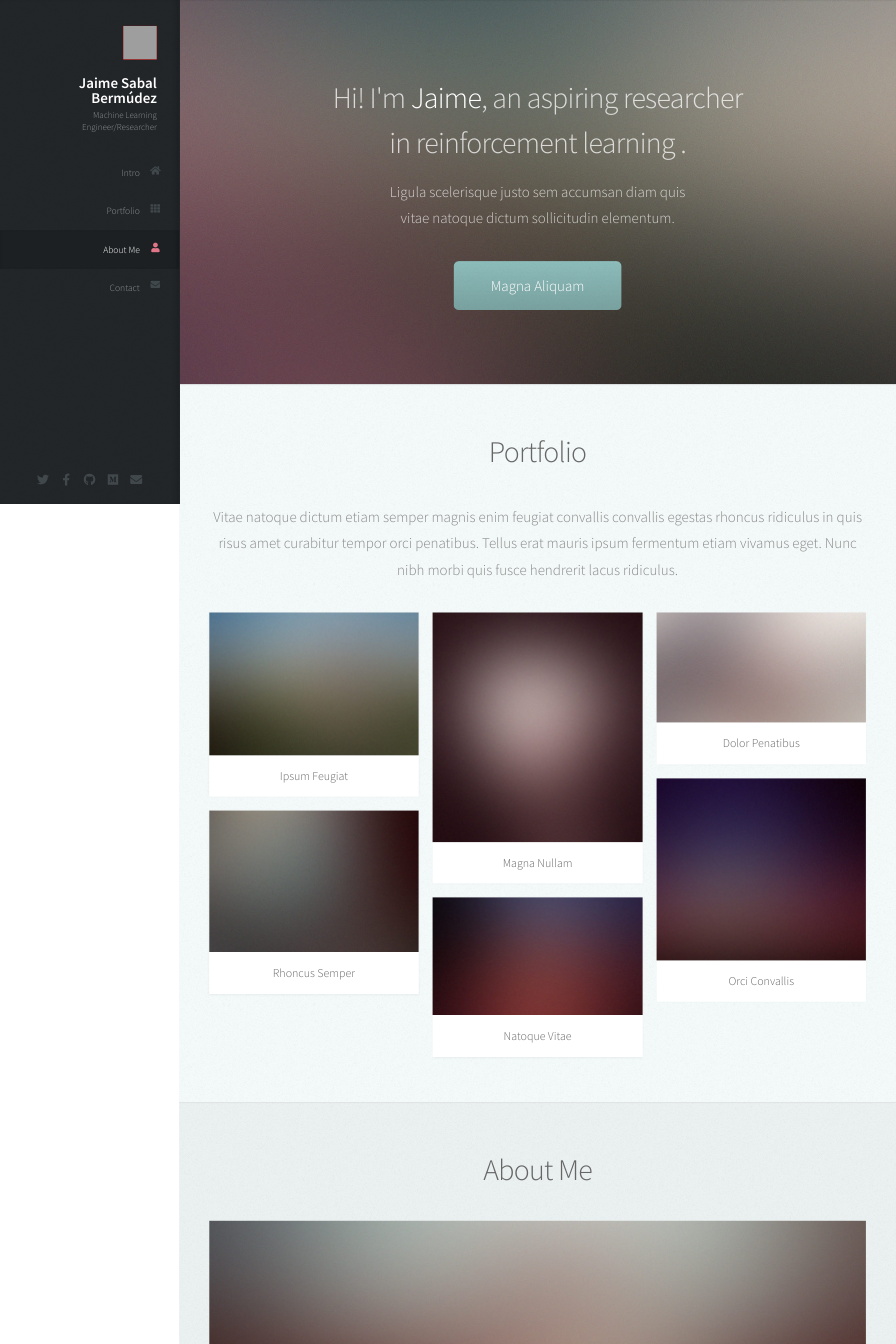
Repository: jaimesabalimperial/jaimesabalimperial.github.io
Page: index.html
The author's editor kept a copy of each file at every save. The page is drawn from the files as they stood at one save, then again after a run of saves.
The browser window is 1280 px wide. The pictures show the part of the page from y = 0 to 1920 px (the page is 3341 px tall), at 70% of full size.
Pictures or frames that could not be fetched are drawn as grey boxes.

Above is the page before, as saved 2022-10-04 11:31:49.

### index.html
<!DOCTYPE HTML>
<!--
	Prologue by HTML5 UP
	html5up.net | @ajlkn
	Free for personal and commercial use under the CCA 3.0 license (html5up.net/license)
-->
<html>
	<head>
		<title>Prologue by HTML5 UP</title>
		<meta charset="utf-8" />
		<meta name="viewport" content="width=device-width, initial-scale=1, user-scalable=no" />
		<link rel="stylesheet" href="assets/css/main.css" />
	</head>
	<body class="is-preload">

		<!-- Header -->
			<div id="header">

				<div class="top">

					<!-- Logo -->
						<div id="logo">
							<span class="image avatar48"><img src="images/profile2.jpeg" alt="" /></span>
							<h1 id="title">Jaime Sabal Bermúdez</h1>
							<p>Machine Learning Engineer/Researcher</p>
						</div>

					<!-- Nav -->
						<nav id="nav">
							<ul>
								<li><a href="#top" id="top-link"><span class="icon solid fa-home">Intro</span></a></li>
								<li><a href="#portfolio" id="portfolio-link"><span class="icon solid fa-th">Portfolio</span></a></li>
								<li><a href="#about" id="about-link"><span class="icon solid fa-user">About Me</span></a></li>
								<li><a href="#contact" id="contact-link"><span class="icon solid fa-envelope">Contact</span></a></li>
							</ul>
						</nav>

				</div>

				<div class="bottom">

					<!-- Social Icons -->
						<ul class="icons">
							<li><a href="#" class="icon brands fa-twitter"><span class="label">Twitter</span></a></li>
							<li><a href="#" class="icon brands fa-facebook-f"><span class="label">Facebook</span></a></li>
							<li><a href="https://github.com/jaimesabalimperial" class="icon brands fa-github"><span class="label">Github</span></a></li>
							<li><a href="https://medium.com/@jsabalb" class="icon brands fa-medium"><span class="label">Medium</span></a></li>
							<li><a href="mailto: jsabalb@gmail.com" class="icon solid fa-envelope"><span class="label">Email</span></a></li>
						</ul>

				</div>

			</div>

		<!-- Main -->
			<div id="main">

				<!-- Intro -->
					<section id="top" class="one dark cover">
						<div class="container">

							<header>
								<h2 class="alt">Hi! I'm <strong>Jaime</strong>, an aspiring researcher <br />
								in reinforcement learning </a>.</h2>
								<p>Ligula scelerisque justo sem accumsan diam quis<br />
								vitae natoque dictum sollicitudin elementum.</p>
							</header>

							<footer>
								<a href="#portfolio" class="button scrolly">Magna Aliquam</a>
							</footer>

						</div>
					</section>

				<!-- Portfolio -->
					<section id="portfolio" class="two">
						<div class="container">

							<header>
								<h2>Portfolio</h2>
							</header>

							<p>Vitae natoque dictum etiam semper magnis enim feugiat convallis convallis
							egestas rhoncus ridiculus in quis risus amet curabitur tempor orci penatibus.
							Tellus erat mauris ipsum fermentum etiam vivamus eget. Nunc nibh morbi quis
							fusce hendrerit lacus ridiculus.</p>

							<div class="row">
								<div class="col-4 col-12-mobile">
									<article class="item">
										<a href="#" class="image fit"><img src="images/pic02.jpg" alt="" /></a>
										<header>
											<h3>Ipsum Feugiat</h3>
										</header>
									</article>
									<article class="item">
										<a href="#" class="image fit"><img src="images/pic03.jpg" alt="" /></a>
										<header>
											<h3>Rhoncus Semper</h3>
										</header>
									</article>
								</div>
								<div class="col-4 col-12-mobile">
									<article class="item">
										<a href="#" class="image fit"><img src="images/pic04.jpg" alt="" /></a>
										<header>
											<h3>Magna Nullam</h3>
										</header>
									</article>
									<article class="item">
										<a href="#" class="image fit"><img src="images/pic05.jpg" alt="" /></a>
										<header>
											<h3>Natoque Vitae</h3>
										</header>
									</article>
								</div>
								<div class="col-4 col-12-mobile">
									<article class="item">
										<a href="#" class="image fit"><img src="images/pic06.jpg" alt="" /></a>
										<header>
											<h3>Dolor Penatibus</h3>
										</header>
									</article>
									<article class="item">
										<a href="#" class="image fit"><img src="images/pic07.jpg" alt="" /></a>
										<header>
											<h3>Orci Convallis</h3>
										</header>
									</article>
								</div>
							</div>

						</div>
					</section>

				<!-- About Me -->
					<section id="about" class="three">
						<div class="container">

							<header>
								<h2>About Me</h2>
							</header>

							<a href="#" class="image featured"><img src="images/pic08.jpg" alt="" /></a>

							<p>Tincidunt eu elit diam magnis pretium accumsan etiam id urna. Ridiculus
							ultricies curae quis et rhoncus velit. Lobortis elementum aliquet nec vitae
							laoreet eget cubilia quam non etiam odio tincidunt montes. Elementum sem
							parturient nulla quam placerat viverra mauris non cum elit tempus ullamcorper
							dolor. Libero rutrum ut lacinia donec curae mus vel quisque sociis nec
							ornare iaculis.</p>

						</div>
					</section>

				<!-- Contact -->
					<section id="contact" class="four">
						<div class="container">

							<header>
								<h2>Contact</h2>
							</header>

							<p>Elementum sem parturient nulla quam placerat viverra
							mauris non cum elit tempus ullamcorper dolor. Libero rutrum ut lacinia
							donec curae mus. Eleifend id porttitor ac ultricies lobortis sem nunc
							orci ridiculus faucibus a consectetur. Porttitor curae mauris urna mi dolor.</p>

							<form method="post" action="#">
								<div class="row">
									<div class="col-6 col-12-mobile"><input type="text" name="name" placeholder="Name" /></div>
									<div class="col-6 col-12-mobile"><input type="text" name="email" placeholder="Email" /></div>
									<div class="col-12">
										<textarea name="message" placeholder="Message"></textarea>
									</div>
									<div class="col-12">
										<input type="submit" value="Send Message" />
									</div>
								</div>
							</form>

						</div>
					</section>

			</div>

		<!-- Footer -->
			<div id="footer">

				<!-- Copyright -->
					<ul class="copyright">
						<li>&copy; Untitled. All rights reserved.</li><li>Design: <a href="http://html5up.net">HTML5 UP</a></li>
					</ul>

			</div>

		<!-- Scripts -->
			<script src="assets/js/jquery.min.js"></script>
			<script src="assets/js/jquery.scrolly.min.js"></script>
			<script src="assets/js/jquery.scrollex.min.js"></script>
			<script src="assets/js/browser.min.js"></script>
			<script src="assets/js/breakpoints.min.js"></script>
			<script src="assets/js/util.js"></script>
			<script src="assets/js/main.js"></script>

	</body>
</html>

Loaded but not shown: assets/css/fontawesome-all.min.css (library); assets/js/jquery.min.js (library); assets/js/jquery.scrolly.min.js (common file); assets/js/jquery.scrollex.min.js (common file); assets/js/browser.min.js (common file); assets/js/breakpoints.min.js (common file); assets/js/util.js (587 lines, source omitted); assets/js/main.js (123 lines, source omitted); assets/css/main.css (2633 lines, source omitted)

After the next 2 saves:
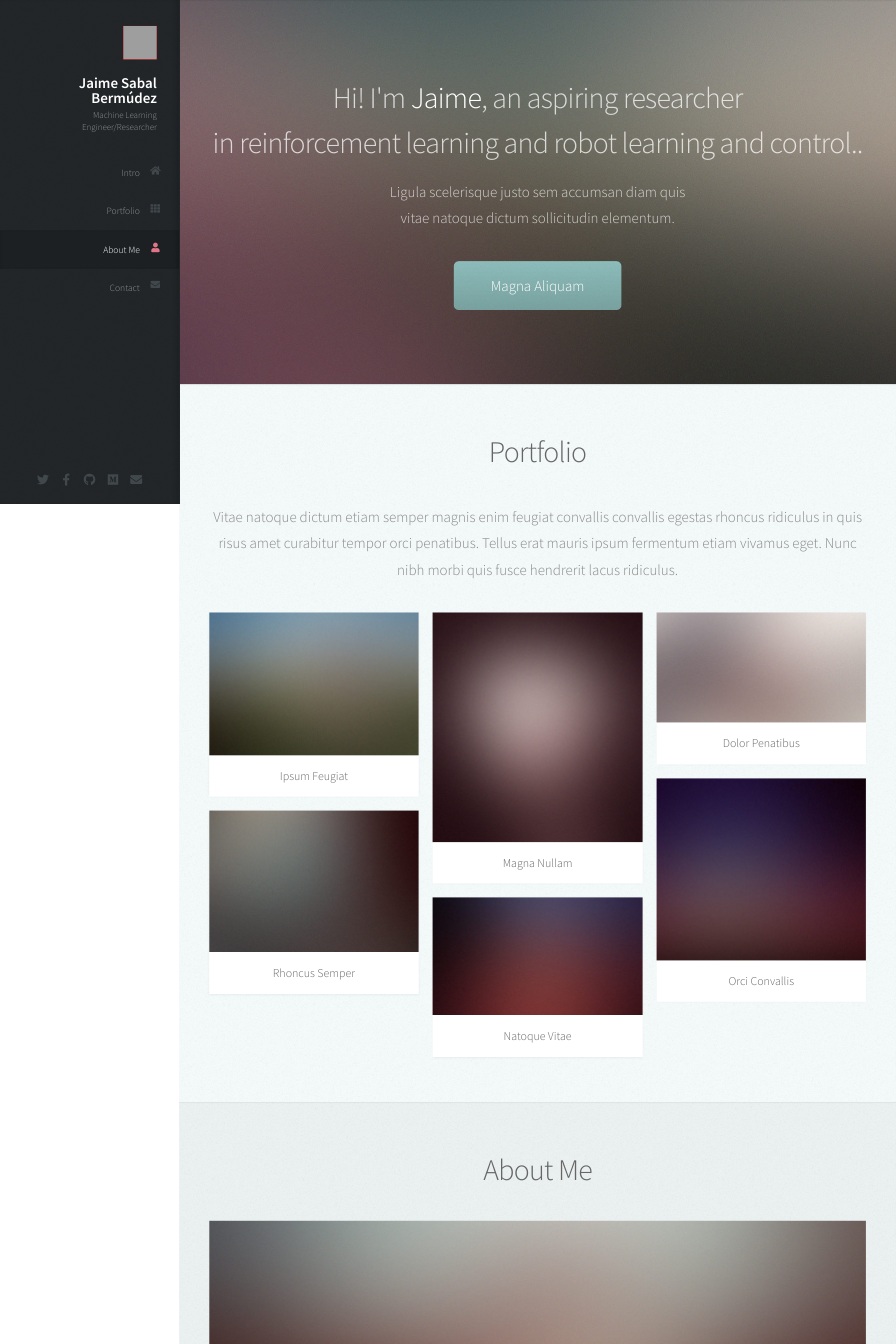
The 2 saves are shown as one change because they came seconds apart.
The last was saved 11 s later.
--- a/index.html
+++ b/index.html
@@ -61,7 +61,7 @@
 
 							<header>
 								<h2 class="alt">Hi! I'm <strong>Jaime</strong>, an aspiring researcher <br />
-								in reinforcement learning </a>.</h2>
+								in reinforcement learning and robot learning and control.</a>.</h2>
 								<p>Ligula scelerisque justo sem accumsan diam quis<br />
 								vitae natoque dictum sollicitudin elementum.</p>
 							</header>
